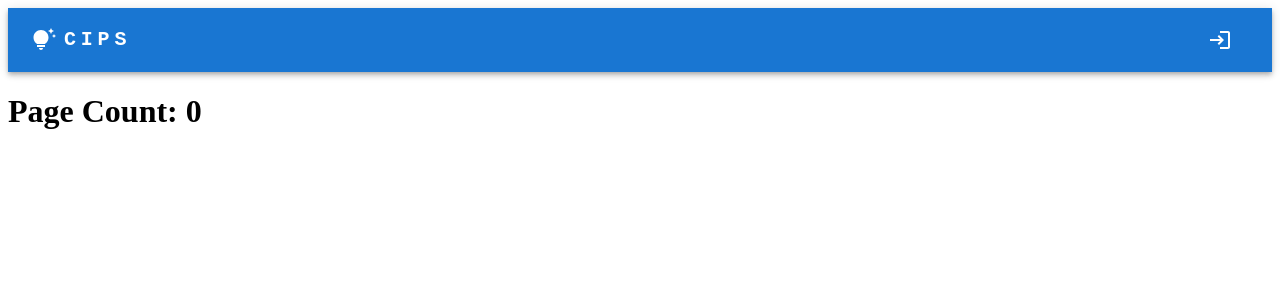
Repository: annferracane/phase-5-project
Page: / (app in client/)
An editor plug-in stored every save of this project. The page is shown before and after a run of saves, followed by the edit.
The browser window is 1280 px wide. The pictures show the whole page.
The page's requests for data from a server got no answer. The project was rebuilt for these pictures with package versions that can differ from the ones it lists, and the page was loaded fresh each time. No one was signed in, and anything a server would have sent is missing.

Above is the page before, as saved 2023-02-21 23:55:23.

After the next 3 saves:
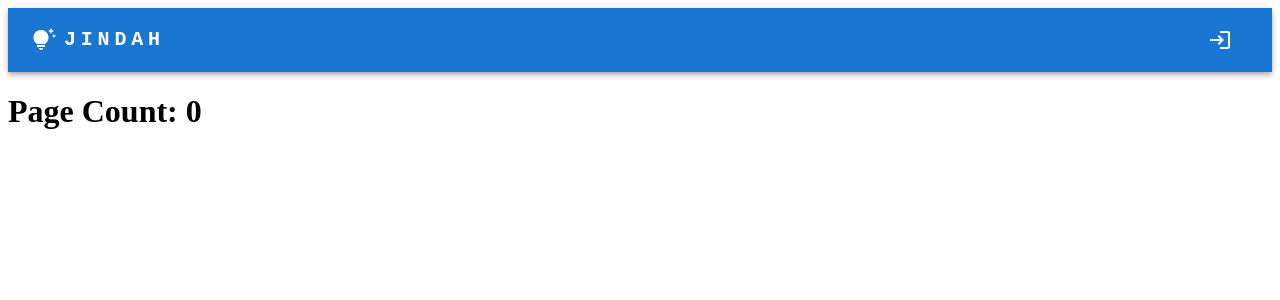
The 3 saves are shown as one change because they came seconds apart.
The last was saved 41 s later.
--- a/client/src/components/Navigation.js
+++ b/client/src/components/Navigation.js
@@ -125,7 +125,7 @@ function Navigation() {
               textDecoration: 'none',
             }}
           >
-            CIPS
+            JINDAH
           </Typography>
 
           <Box sx={{ flexGrow: 1, display: { xs: 'flex', md: 'none' } }}>
